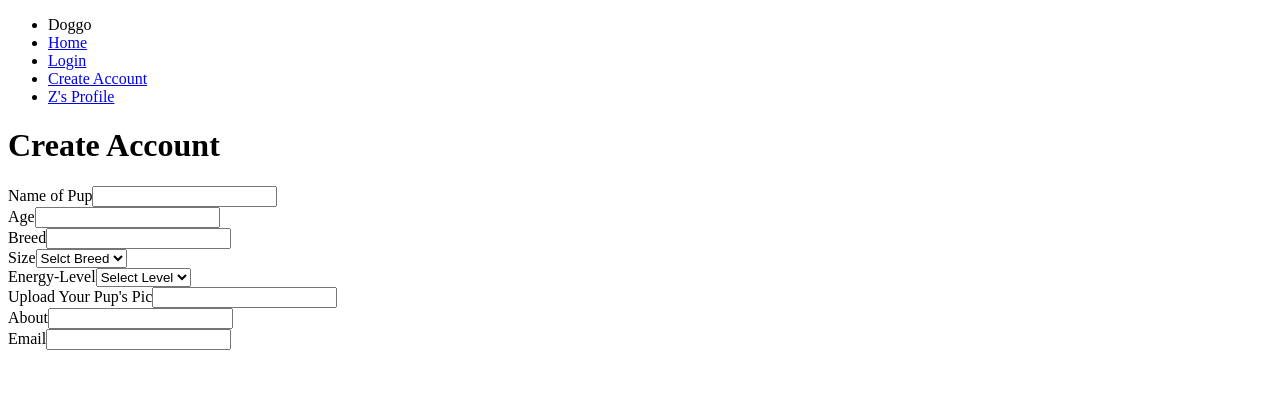
Repository: rh1456/capstone
Page: /2
The author's editor kept a copy of each file at every save. The page is drawn from the files as they stood at one save, then again after the next save.
The browser window is 1280 px wide. The pictures show the whole page.
The project was rebuilt for these pictures with package versions that can differ from the ones it lists, and the page was loaded fresh each time. Also part of the build but not shown: src/pages/MainPage.jsx, src/pages/DoggoLandingPage.jsx, src/pages/DogProfile.jsx.

Above is the page before, as saved 2019-12-15 19:03:02.

### public/index.html
<!DOCTYPE html>
<html lang="en">
  <head>
    <meta charset="utf-8" />
    <link rel="shortcut icon" href="%PUBLIC_URL%/favicon.ico" />
    <meta
      name="viewport"
      content="width=device-width, initial-scale=1, shrink-to-fit=no"
    />
    <meta name="theme-color" content="#000000" />
    <!--
      manifest.json provides metadata used when your web app is added to the
      homescreen on Android. See https://developers.google.com/web/fundamentals/web-app-manifest/
    -->
    <link rel="manifest" href="%PUBLIC_URL%/manifest.json" />
    <!--
      Notice the use of %PUBLIC_URL% in the tags above.
      It will be replaced with the URL of the `public` folder during the build.
      Only files inside the `public` folder can be referenced from the HTML.

      Unlike "/favicon.ico" or "favicon.ico", "%PUBLIC_URL%/favicon.ico" will
      work correctly both with client-side routing and a non-root public URL.
      Learn how to configure a non-root public URL by running `npm run build`.
    -->
    <link
      href="https://fonts.googleapis.com/css?family=Pacifico|Permanent+Marker|Righteous|Roboto&display=swap"
      rel="stylesheet"
    />
    <title>Capstone</title>
  </head>
  <body>
    <noscript>
      You need to enable JavaScript to run this app.
    </noscript>
    <div id="root"></div>
    <!--
      This HTML file is a template.
      If you open it directly in the browser, you will see an empty page.

      You can add webfonts, meta tags, or analytics to this file.
      The build step will place the bundled scripts into the <body> tag.

      To begin the development, run `npm start` or `yarn start`.
      To create a production bundle, use `npm run build` or `yarn build`.
    -->
  </body>
</html>

### src/index.css
@media (min-width: 320px) and (max-width: 480px) {
  :root {
    font: 16px / 1 sans-serif;
  }

  html {
    height: 100%;
  }
  body {
    margin: 0;
    min-height: 100%;
    background-color: #f1f1f1;
    font-family: 'Righteous', cursive;
  }
  .nav-bar-ul {
    display: flex;
    flex-direction: row;
    justify-content: space-between;
    margin: 0;
    height: 3rem;
    background-color: #dca4fc;
    padding: 0;
  }
  nav li {
    list-style: none;
    padding: 0.5rem;
    color: white;
  }
  .Nav-link {
    color: white;
    text-decoration: none;
  }
  /* Dog profile Stylings */
  .dog-profile-image {
    display: flex;
    justify-content: center;
    border-bottom: solid lightgrey;
  }
  .profile-image {
    height: 12rem;
    width: 8rem;
    margin: 0;
    border-radius: 8px;
    margin: 0.7rem;
  }
  .profile-about {
    display: flex;
    flex-direction: column;
    height: 5rem;
    font-size: 0.7rem;
  }
  .profile-about h1 {
    align-self: center;
  }
  .profile-about span {
    align-self: center;
    padding: 0.1rem;
  }
  .in-between {
    border-top: solid lightgrey;
    border-bottom: solid lightgrey;
    height: 3rem;
    display: flex;
    justify-content: center;
  }
  .main-about {
    border-bottom: solid lightgrey;
  }
  .profile-logo {
    margin: 0.5rem;
    height: 2rem;
    width: auto;
  }
  .meet {
    display: flex;
    flex-direction: column;
  }
  .meet h1 {
    align-self: center;
  }
  .meet p {
    padding: 1rem;
    font-size: 0.9rem;
    align-self: center;
  }
  .small-pro-pic {
    align-self: center;
    height: 4rem;
    width: auto;
    border: 2px solid black;
    border-radius: 50%;
    margin-top: 0.8rem;
  }
  .match-button {
    align-self: center;
    background-color: purple;
    height: 1.8rem;
    width: 8rem;
    border-radius: 25px;
    border: 3px solid black;
    color: white;
  }

  /* Dog Landing Stylings */
  .doggo-landing-body {
    margin: 0;
    min-height: 100%;
    background-color: #f1f1f1;
    font-family: 'Righteous', cursive;
  }
  .landing-page-logo {
    display: flex;
    justify-content: center;
    align-content: center;
    flex-direction: column;
  }
  .doggo-logo {
    height: 180px;
    width: 238px;
    align-self: center;
  }
  .doggo-text-section {
    padding-top: 2rem;
    padding-bottom: 2rem;
  }
  .doggo-text {
    display: flex;
    justify-content: center;
    align-content: center;
    font-size: 2rem;
  }

  .landing-button {
    display: flex;
    justify-content: center;
    align-content: center;
  }
  .create-account {
    background-color: purple;
    height: 3rem;
    width: 15rem;
    border-radius: 25px;
    border: 3px solid black;
    color: white;
    font-family: 'Roboto', sans-serif;
  }
  .existing-users {
    display: flex;
    padding-top: 3rem;
    justify-content: center;
    align-content: center;
  }
  /* Create Account Stylings */
  .create-account-div {
    display: flex;
    flex-direction: column;
  }
}

### src/App.jsx
import React from 'react'
import { BrowserRouter as Router, Link, Route, Switch } from 'react-router-dom'
import MainPage from './pages/MainPage'
import DoggoLandingPage from './pages/DoggoLandingPage'
import CreateAccount from './pages/CreateAccout'
import DogProfile from './pages/DogProfile'

const App = () => {
  return (
    <Router>
      <header>
        <nav>
          <ul className="nav-bar-ul">
            <li>Doggo</li>
            <li>
              <Link className="Nav-link" to="/">
                Home
              </Link>
            </li>
            <li>
              <Link className="Nav-link" to="/1">
                Login
              </Link>
            </li>
            <li>
              <Link className="Nav-link" to="/2">
                Create Account
              </Link>
            </li>
            <li>
              <Link className="Nav-link" to="/3">
                Z's Profile
              </Link>
            </li>
          </ul>
        </nav>
      </header>
      <Switch>
        <Route exact path="/" component={MainPage}></Route>
        <Route exact path="/1" component={DoggoLandingPage}></Route>
        <Route exact path="/2" component={CreateAccount}></Route>
        <Route path="/3" component={DogProfile}></Route>
      </Switch>
    </Router>
  )
}

export default App

### src/pages/CreateAccout.jsx
import React from 'react'

const CreateAccout = () => {
  return (
    <div className="create-account-div">
      <h1>Create Account</h1>
      <section className="create-account-details">
        <label htmlFor="dogs-name">Name of Pup</label>
        <input type="text"></input>
      </section>
      <section className="create-account-details">
        <label htmlFor="Age">Age</label>
        <input input="text"></input>
      </section>
      <section className="create-account-details">
        <label htmlFor="Breed">Breed</label>
        <input input="text"></input>
      </section>
      <section className="create-account-details">
        <label htmlFor="size">Size</label>
        <select type="text">
          <option value="">Selct Breed</option>
          <option value="small">Small</option>
        </select>
        <section className="create-account-details">
          <label htmlFor="energy">Energy-Level</label>
          <select type="text">
            <option value="">Select Level</option>
            <option value="hyper">Hyper</option>
            <option value="tame">Tame</option>
          </select>
          <section className="create-account-details">
            <label htmlFor="img">Upload Your Pup's Pic</label>
            <input type="url"></input>
          </section>
          <section className="create-account-details">
            <label htmlFor="About">About</label>
            <input className="about-me-text" type="text"></input>
          </section>
          <section className="create-account-details"></section>
          <label htmlFor="username">Email</label>
          <input type="text"></input>
        </section>
      </section>
    </div>
  )
}

export default CreateAccout

Loaded but not shown: src/index.js (common file)

After the next save:
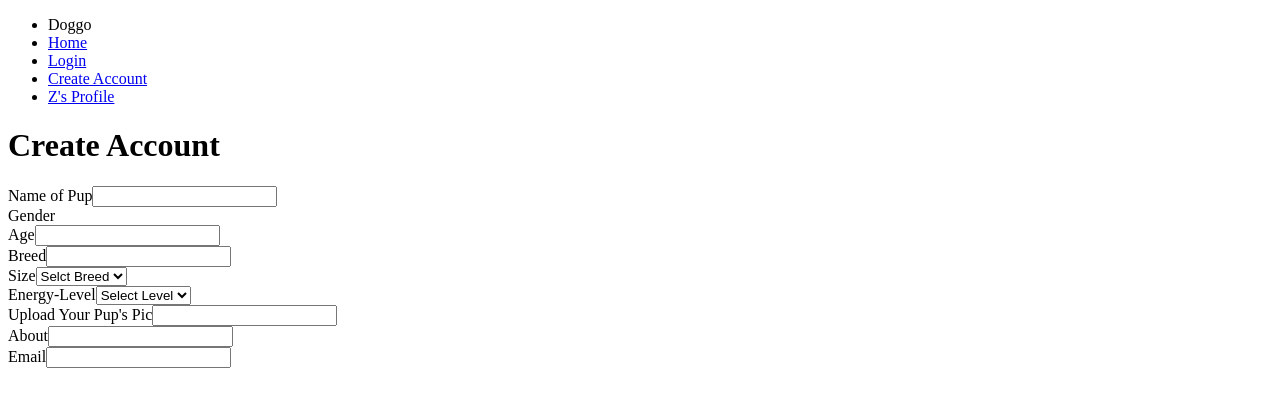
Saved 40 s later.
--- a/src/pages/CreateAccout.jsx
+++ b/src/pages/CreateAccout.jsx
@@ -7,6 +7,9 @@ const CreateAccout = () => {
       <section className="create-account-details">
         <label htmlFor="dogs-name">Name of Pup</label>
         <input type="text"></input>
+      </section>
+      <section className="create-account-details">
+        <label htmlFor="gender">Gender</label>
       </section>
       <section className="create-account-details">
         <label htmlFor="Age">Age</label>
